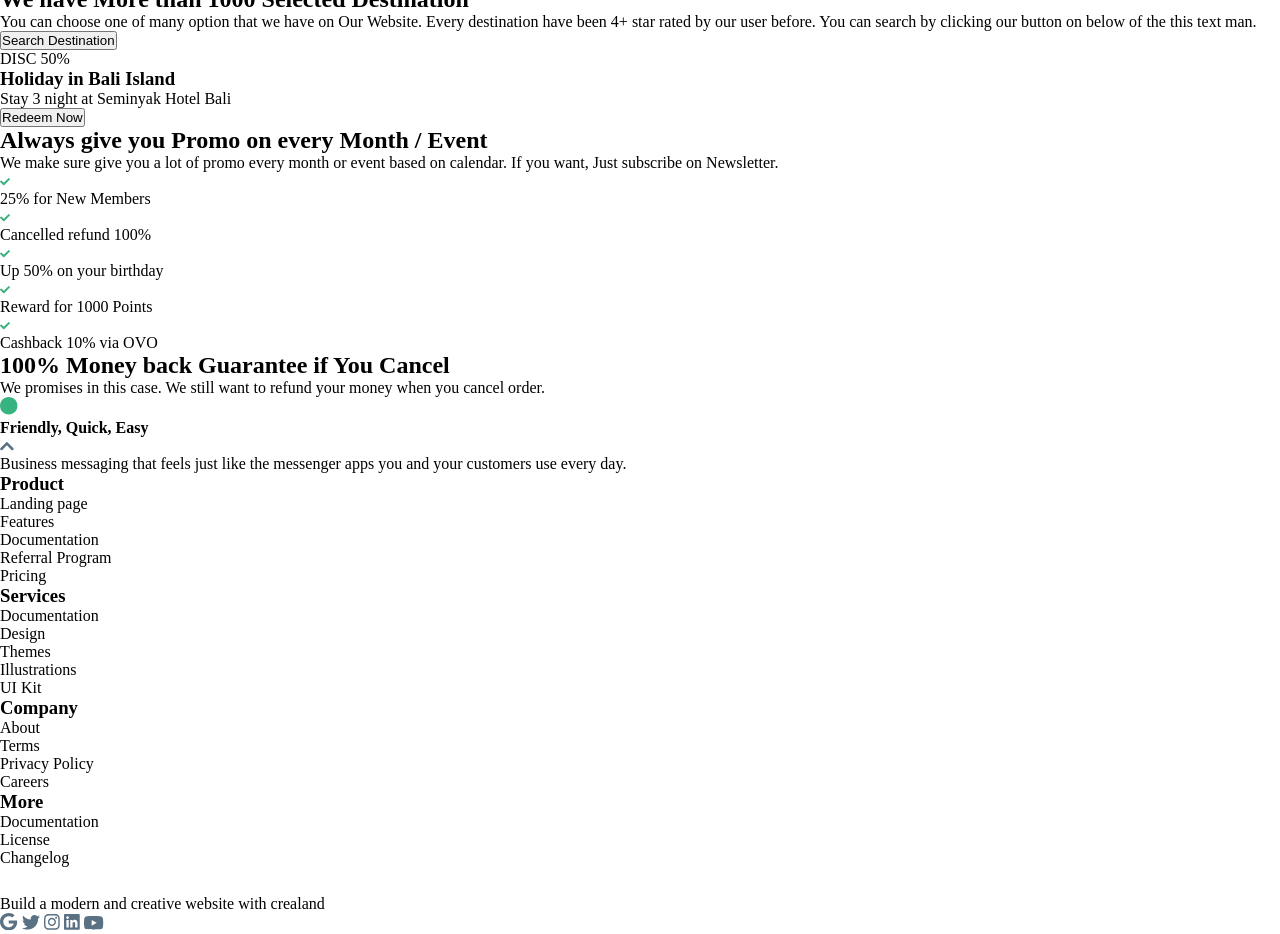
Repository: daviHmoraes/frontcomtailwind
Page: index.html
These files come from the project's save history. The page is drawn as it stood at one moment and after the next save; the edit follows.
The browser window is 1280 px wide. The pictures show the part of the page from y = 4294 to 5246 px (the page is 5228 px tall before and 5246 px after).
A picture or video elsewhere on the page could not be fetched, so the positions and the page height are approximate.

Above is the page before, as saved 2026-08-31 18:34:01.

After the next save:
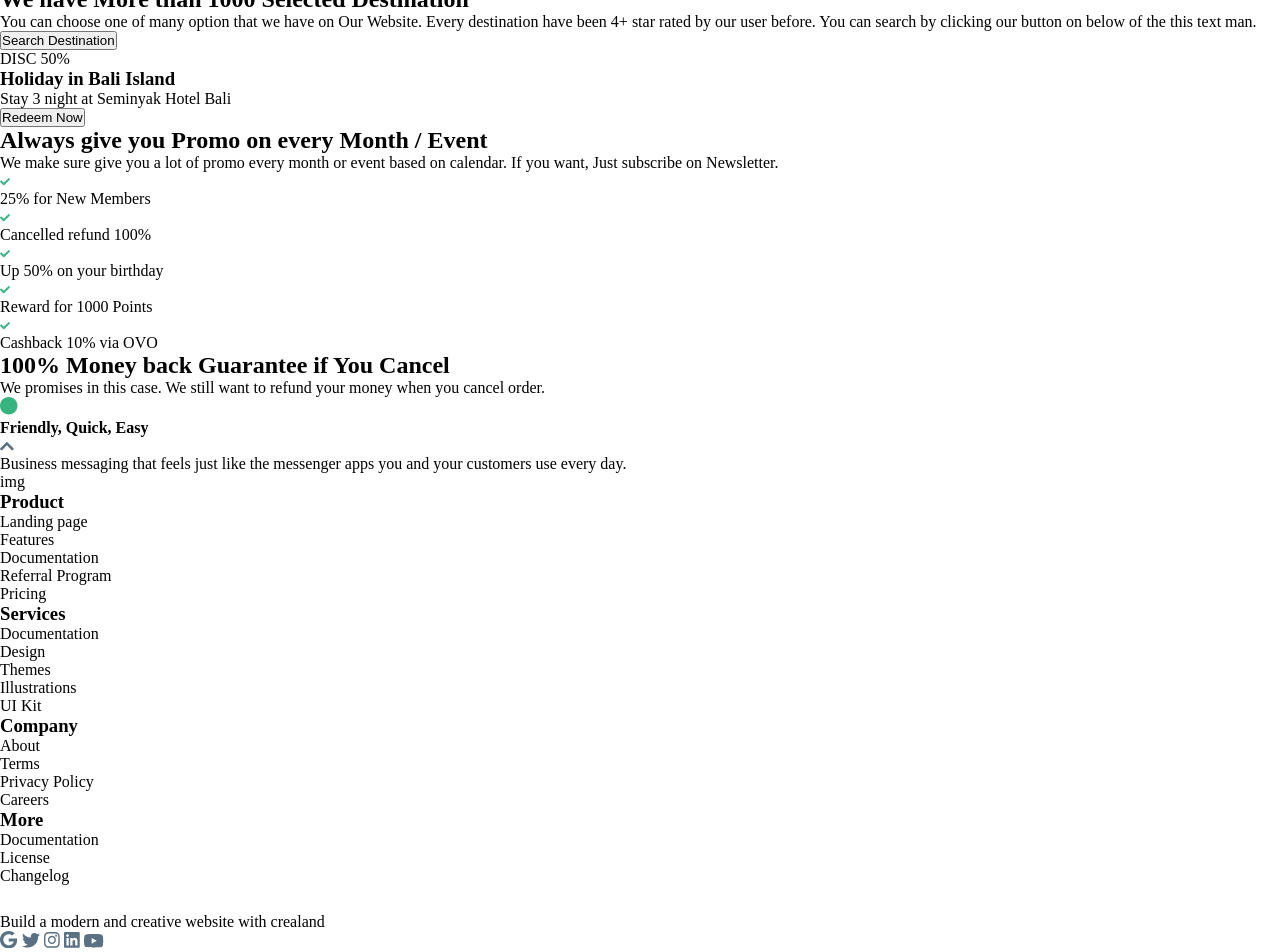
Saved 4 s later.
--- a/index.html
+++ b/index.html
@@ -377,7 +377,7 @@
 
                 <div class="faq">
                     <div class="faq-header">
-
+                        img
                     </div>
                 </div>
             </div>
